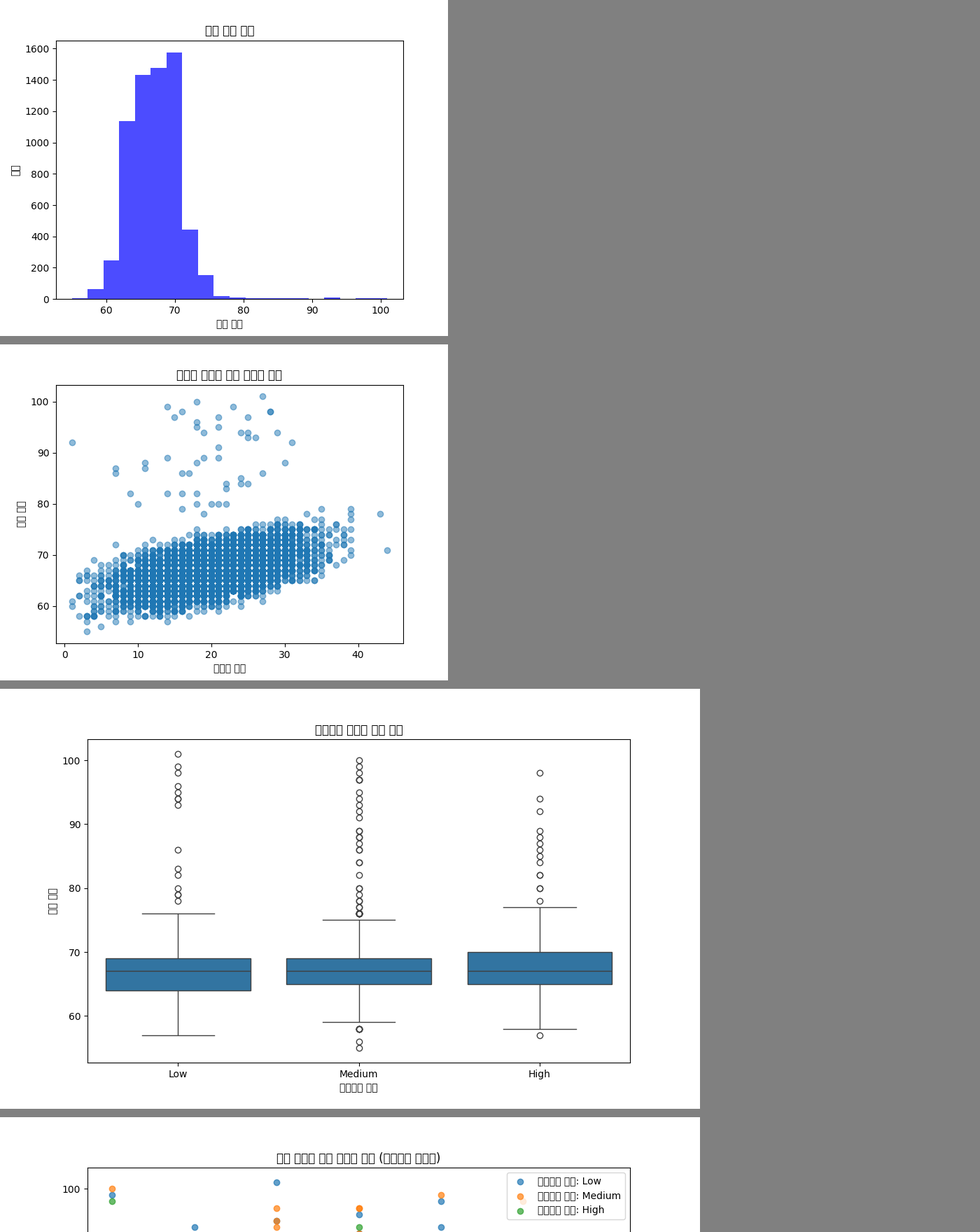
Repository: dldnwls07/BigDataStudy
Script's output: python analyze_data.py
These files come from the project's save history. The script's output is drawn as it stood at one moment and after the next save; the edit follows.
The pictures show rows 0 to 1760 of an output 5244 px tall, at 70% of full size.
Each picture stacks the figures in order, with grey between them; figures that are only written to a file come last. The script is stopped after its 8th figure. Random numbers start from a fixed seed.

Above is the script's output before, as saved 2025-04-25 11:01:39.

### analyze_data.py
import pandas as pd
import matplotlib.pyplot as plt
import matplotlib as mpl
import seaborn as sns

# 한글 폰트 설정 (Windows의 경우)
mpl.rc('font', family='Malgun Gothic')
plt.rcParams['axes.unicode_minus'] = False  # 마이너스 기호 깨짐 방지

# CSV 파일 로드
file_path = "c:\\Users\\feca1\\Desktop\\공부(빅분)\\StudentPerformanceFactors.csv"
data = pd.read_csv(file_path)

# 영어 컬럼명을 한글로 변경하기 위한 딕셔너리
column_mapping = {
    'Hours_Studied': '공부한 시간',
    'Attendance': '학교 출석',
    'Parental_Involvement': '부모의 참여도',
    'Access_to_Resources': '학습 자원에 대한 접근성',
    'Extracurricular_Activities': '방과 후 활동 참여도',
    'Sleep_Hours': '수면 시간',
    'Previous_Scores': '이전 시험 성적',
    'Motivation_Level': '학습의욕 수준',
    'Internet_Access': '인터넷 접근 여부',
    'Tutoring_Sessions': '개인 지도 세션 수',
    'Family_Income': '가정 소득',
    'Teacher_Quality': '교사의 수준',
    'School_Type': '학교 종류',
    'Peer_Influence': '또래의 영향',
    'Physical_Activity': '신체 활동 수준',
    'Learning_Disabilities': '학습 장애 여부',
    'Parental_Education_Level': '부모의 교육 수준',
    'Distance_from_Home': '집에서 학교까지의 거리',
    'Gender': '성별',
    'Exam_Score': '시험 점수'
}

# 원본 데이터 백업
data_original = data.copy()

# 데이터 컬럼명 변경
data = data.rename(columns=column_mapping)

# 데이터의 기본 정보와 첫 몇 줄 출력
print("데이터 기본 정보:")
print(data.info())
print("\n데이터 첫 5줄:")
print(data.head())

# 통계 요약
print("\n통계 요약:")
print(data.describe())

# 결측값 확인
print("\n결측값 확인:")
print(data.isnull().sum())

# 문자열 변수를 숫자로 매핑하는 딕셔너리 정의
motivation_map = {'Low': 0, 'Medium': 1, 'High': 2}
parental_inv_map = {'Low': 0, 'Medium': 1, 'High': 2}
resources_map = {'Low': 0, 'Medium': 1, 'High': 2}
learning_dis_map = {'Yes': 1, 'No': 0}
internet_access_map = {'Yes': 1, 'No': 0}
extracurricular_map = {'Yes': 1, 'No': 0}
income_map = {'Low': 0, 'Medium': 1, 'High': 2}
teacher_map = {'Low': 0, 'Medium': 1, 'High': 2}
school_map = {'Public': 0, 'Private': 1}
peer_map = {'Negative': -1, 'Neutral': 0, 'Positive': 1}
edu_level_map = {'High School': 0, 'College': 1, 'Postgraduate': 2}
distance_map = {'Near': 0, 'Moderate': 1, 'Far': 2}
gender_map = {'Male': 0, 'Female': 1}

# 데이터 전처리: 범주형 변수를 숫자로 변환
data_encoded = data.copy()
data_encoded['학습의욕 수준'] = data['학습의욕 수준'].map(motivation_map)
data_encoded['부모의 참여도'] = data['부모의 참여도'].map(parental_inv_map)
data_encoded['학습 자원에 대한 접근성'] = data['학습 자원에 대한 접근성'].map(resources_map)
data_encoded['학습 장애 여부'] = data['학습 장애 여부'].map(learning_dis_map)
data_encoded['인터넷 접근 여부'] = data['인터넷 접근 여부'].map(internet_access_map)
data_encoded['방과 후 활동 참여도'] = data['방과 후 활동 참여도'].map(extracurricular_map)
data_encoded['가정 소득'] = data['가정 소득'].map(income_map)
data_encoded['교사의 수준'] = data['교사의 수준'].map(teacher_map)
data_encoded['학교 종류'] = data['학교 종류'].map(school_map)
data_encoded['또래의 영향'] = data['또래의 영향'].map(peer_map)
data_encoded['부모의 교육 수준'] = data['부모의 교육 수준'].map(edu_level_map)
data_encoded['집에서 학교까지의 거리'] = data['집에서 학교까지의 거리'].map(distance_map)
data_encoded['성별'] = data['성별'].map(gender_map)

# 상관관계 분석 수정: 인코딩된 데이터 사용
print("\n수정된 상관관계 분석 (범주형 데이터 인코딩 후):")
print(data_encoded.corr())

# 특정 열의 분포 시각화 (예: 시험 점수)
plt.hist(data['시험 점수'], bins=20, color='blue', alpha=0.7)
plt.title('시험 점수 분포')
plt.xlabel('시험 점수')
plt.ylabel('빈도')
plt.show()

# 공부한 시간과 시험 점수 간의 관계 분석
plt.scatter(data['공부한 시간'], data['시험 점수'], alpha=0.5)
plt.title('공부한 시간과 시험 점수의 관계')
plt.xlabel('공부한 시간')
plt.ylabel('시험 점수')
plt.show()

# 학생의 성적과 스트레스 간의 상관관계 분석
if '스트레스 수준' in data.columns:
    print("\n성적과 스트레스 상관관계:")
    print(data[['시험 점수', '스트레스 수준']].corr())
else:
    print("\n'스트레스 수준' 열이 데이터에 없습니다.")

# 시험 성적과 스트레스 간접 요인 상관 분석 (인코딩된 데이터 사용)
stress_factors = ['수면 시간', '공부한 시간', '학습의욕 수준', '학습 장애 여부']
print("\n시험 성적과 스트레스 간접 요인 상관 분석:")
print(data_encoded[stress_factors + ['시험 점수']].corr())

# 그룹별 비교 (인코딩 전 원본 데이터 사용)
# 동기 수준이 낮을수록 성적이 낮은지 확인
low_motivation = data[data['학습의욕 수준'] == 'Low']
medium_motivation = data[data['학습의욕 수준'] == 'Medium']
high_motivation = data[data['학습의욕 수준'] == 'High']

print("\n동기 수준별 평균 성적:")
print("낮은 동기 그룹 평균 성적:", low_motivation['시험 점수'].mean())
print("중간 동기 그룹 평균 성적:", medium_motivation['시험 점수'].mean())
print("높은 동기 그룹 평균 성적:", high_motivation['시험 점수'].mean())

# 부모 참여도에 따른 성적 비교
low_parental = data[data['부모의 참여도'] == 'Low']
medium_parental = data[data['부모의 참여도'] == 'Medium']
high_parental = data[data['부모의 참여도'] == 'High']

print("\n부모 참여도별 평균 성적:")
print("낮은 부모 참여 그룹 평균 성적:", low_parental['시험 점수'].mean())
print("중간 부모 참여 그룹 평균 성적:", medium_parental['시험 점수'].mean())
print("높은 부모 참여 그룹 평균 성적:", high_parental['시험 점수'].mean())

# 학습의욕 수준별 시험 점수 박스플롯
plt.figure(figsize=(10, 6))
sns.boxplot(x='학습의욕 수준', y='시험 점수', data=data, order=['Low', 'Medium', 'High'])
plt.title('학습의욕 수준별 시험 점수')
plt.xlabel('학습의욕 수준')
plt.ylabel('시험 점수')
plt.savefig('학습의욕_수준별_시험점수_박스플롯.png')
plt.show()

# 수면 시간과 시험 점수 산점도 (색상을 학습의욕 수준으로 구분)
plt.figure(figsize=(10, 6))
for level in ['Low', 'Medium', 'High']:
    subset = data[data['학습의욕 수준'] == level]
    plt.scatter(subset['수면 시간'], subset['시험 점수'],
                alpha=0.7, label=f'학습의욕 수준: {level}')
plt.title('수면 시간과 시험 점수의 관계 (학습의욕 수준별)')
plt.xlabel('수면 시간')
plt.ylabel('시험 점수')
plt.legend()
plt.savefig('수면시간_시험점수_산점도.png')
plt.show()

# 상관 행렬 히트맵 (인코딩된 데이터 사용)
plt.figure(figsize=(14, 12))
corr_matrix = data_encoded.corr()
sns.heatmap(corr_matrix, annot=True, cmap='coolwarm', fmt='.2f', linewidths=0.5)
plt.title('상관 관계 히트맵')
plt.tight_layout()
plt.savefig('상관관계_히트맵.png')
plt.show()

# 공부한 시간과 시험 점수 간의 산점도 (추가 시각화)
plt.figure(figsize=(10, 6))
sns.scatterplot(x='공부한 시간', y='시험 점수', hue='학습의욕 수준',
                data=data, palette='viridis', s=100, alpha=0.7)
plt.title('공부한 시간과 시험 점수의 관계 (학습의욕 수준별)')
plt.xlabel('공부한 시간')
plt.ylabel('시험 점수')
plt.savefig('공부시간_시험점수_학습의욕수준_산점도.png')
plt.show()

# AI 기반 진로 유형 분류 모델 생성
from sklearn.model_selection import train_test_split
from sklearn.ensemble import RandomForestClassifier
from sklearn.metrics import classification_report

if '진로 유형' in data.columns:
    # 데이터 전처리
    features = data[['공부한 시간', '학습의욕 수준', '이전 시험 성적']]  # 주요 특징 선택
    labels = data['진로 유형']
    features = pd.get_dummies(features, drop_first=True)  # 범주형 데이터 인코딩

    # 데이터 분할
    X_train, X_test, y_train, y_test = train_test_split(features, labels, test_size=0.2, random_state=42)

    # 모델 학습
    model = RandomForestClassifier(random_state=42)
    model.fit(X_train, y_train)

    # 예측 및 평가
    y_pred = model.predict(X_test)
    print("\n진로 유형 분류 모델 평가:")
    print(classification_report(y_test, y_pred))
else:
    print("\n'진로 유형' 열이 데이터에 없습니다.")

# 분석에 사용할 모든 컬럼
analysis_columns = list(column_mapping.values())  # 중복 제거

# 각 변수와 시험 점수 간의 관계 시각화
for column in analysis_columns[:-1]:  # '시험 점수' 제외
    plt.figure(figsize=(8, 6))
    if data[column].dtype == 'object':  # 범주형 데이터
        data.groupby(column)['시험 점수'].mean().plot(kind='bar', color='skyblue')
        plt.title(f'{column}에 따른 시험 점수 평균')
        plt.ylabel('시험 점수 평균')
        plt.xlabel(column)
    else:  # 연속형 데이터
        plt.scatter(data[column], data['시험 점수'], alpha=0.5, color='skyblue')
        plt.title(f'{column}와 시험 점수의 관계')
        plt.ylabel('시험 점수')
        plt.xlabel(column)
    plt.xticks(rotation=45)
    plt.tight_layout()
    plt.show()

Loaded but not shown: data/original_data/StudentPerformanceFactors.csv (common file)

After the next save:
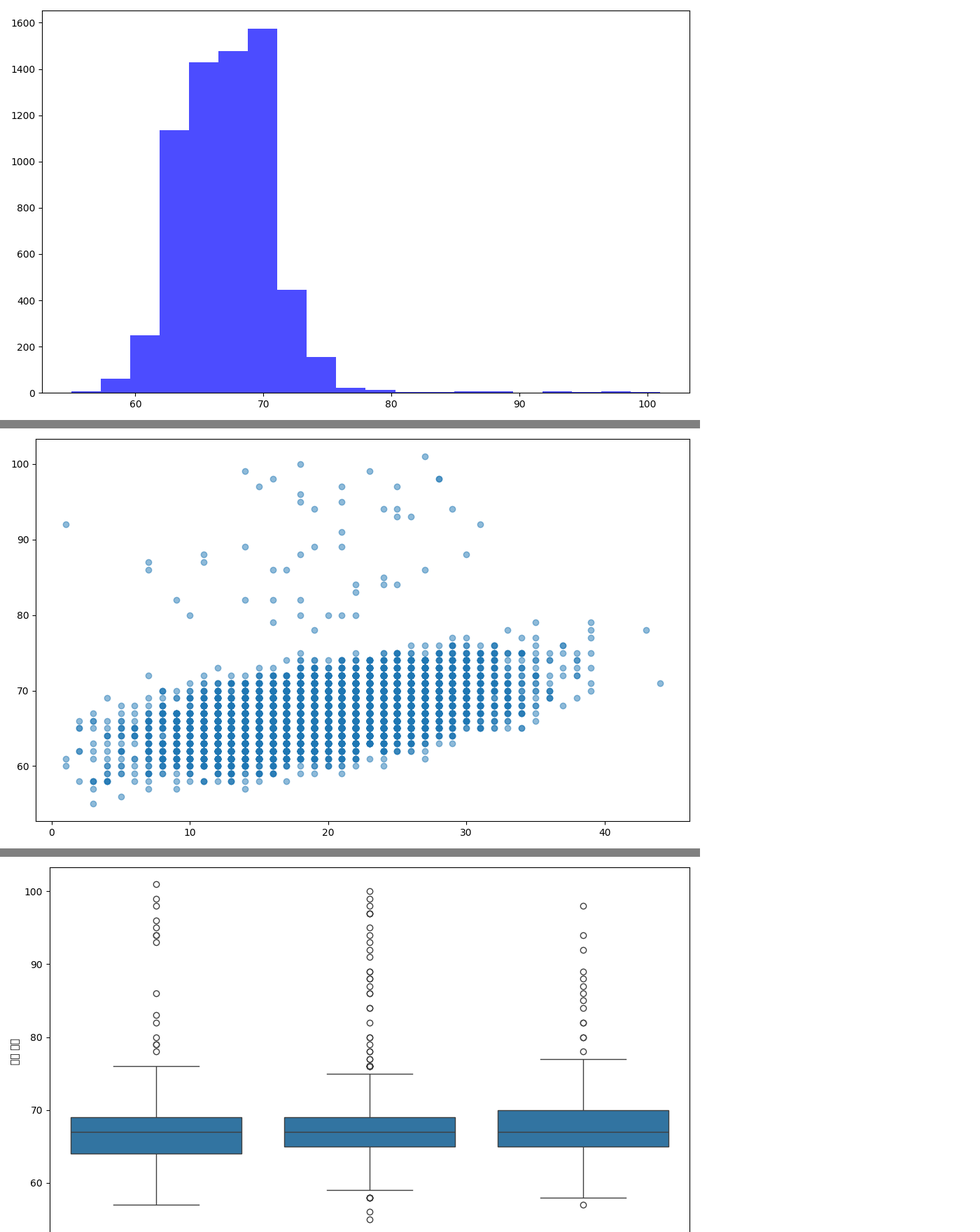
Saved 2 min 29 s later.
--- a/analyze_data.py
+++ b/analyze_data.py
@@ -90,19 +90,25 @@ data_encoded['성별'] = data['성별'].map(gender_map)
 print("\n수정된 상관관계 분석 (범주형 데이터 인코딩 후):")
 print(data_encoded.corr())
 
+# 시각화와 저장을 처리하는 함수
+def save_plot(plot_func, filename, *args, **kwargs):
+    plt.figure(figsize=(10, 6))
+    plot_func(*args, **kwargs)
+    plt.tight_layout()
+    plt.savefig(filename)
+    plt.close()  # 플롯을 닫아 메모리 사용을 줄임
+
 # 특정 열의 분포 시각화 (예: 시험 점수)
-plt.hist(data['시험 점수'], bins=20, color='blue', alpha=0.7)
+save_plot(plt.hist, '시험점수_분포.png', data['시험 점수'], bins=20, color='blue', alpha=0.7)
 plt.title('시험 점수 분포')
 plt.xlabel('시험 점수')
 plt.ylabel('빈도')
-plt.show()
 
 # 공부한 시간과 시험 점수 간의 관계 분석
-plt.scatter(data['공부한 시간'], data['시험 점수'], alpha=0.5)
+save_plot(plt.scatter, '공부시간_시험점수_관계.png', data['공부한 시간'], data['시험 점수'], alpha=0.5)
 plt.title('공부한 시간과 시험 점수의 관계')
 plt.xlabel('공부한 시간')
 plt.ylabel('시험 점수')
-plt.show()
 
 # 학생의 성적과 스트레스 간의 상관관계 분석
 if '스트레스 수준' in data.columns:
@@ -138,45 +144,47 @@ print("중간 부모 참여 그룹 평균 성적:", medium_parental['시험 점
 print("높은 부모 참여 그룹 평균 성적:", high_parental['시험 점수'].mean())
 
 # 학습의욕 수준별 시험 점수 박스플롯
-plt.figure(figsize=(10, 6))
-sns.boxplot(x='학습의욕 수준', y='시험 점수', data=data, order=['Low', 'Medium', 'High'])
+save_plot(sns.boxplot, '학습의욕_수준별_시험점수_박스플롯.png', x='학습의욕 수준', y='시험 점수', data=data, order=['Low', 'Medium', 'High'])
 plt.title('학습의욕 수준별 시험 점수')
 plt.xlabel('학습의욕 수준')
 plt.ylabel('시험 점수')
-plt.savefig('학습의욕_수준별_시험점수_박스플롯.png')
-plt.show()
 
 # 수면 시간과 시험 점수 산점도 (색상을 학습의욕 수준으로 구분)
-plt.figure(figsize=(10, 6))
 for level in ['Low', 'Medium', 'High']:
     subset = data[data['학습의욕 수준'] == level]
-    plt.scatter(subset['수면 시간'], subset['시험 점수'],
-                alpha=0.7, label=f'학습의욕 수준: {level}')
+    save_plot(plt.scatter, f'수면시간_시험점수_{level}.png', subset['수면 시간'], subset['시험 점수'], alpha=0.7, label=f'학습의욕 수준: {level}')
 plt.title('수면 시간과 시험 점수의 관계 (학습의욕 수준별)')
 plt.xlabel('수면 시간')
 plt.ylabel('시험 점수')
 plt.legend()
-plt.savefig('수면시간_시험점수_산점도.png')
-plt.show()
 
 # 상관 행렬 히트맵 (인코딩된 데이터 사용)
-plt.figure(figsize=(14, 12))
-corr_matrix = data_encoded.corr()
-sns.heatmap(corr_matrix, annot=True, cmap='coolwarm', fmt='.2f', linewidths=0.5)
+save_plot(sns.heatmap, '상관관계_히트맵.png', data_encoded.corr(), annot=True, cmap='coolwarm', fmt='.2f', linewidths=0.5)
 plt.title('상관 관계 히트맵')
-plt.tight_layout()
-plt.savefig('상관관계_히트맵.png')
-plt.show()
 
 # 공부한 시간과 시험 점수 간의 산점도 (추가 시각화)
-plt.figure(figsize=(10, 6))
-sns.scatterplot(x='공부한 시간', y='시험 점수', hue='학습의욕 수준',
-                data=data, palette='viridis', s=100, alpha=0.7)
+save_plot(sns.scatterplot, '공부시간_시험점수_학습의욕수준별_산점도.png', x='공부한 시간', y='시험 점수', hue='학습의욕 수준', data=data, palette='viridis', s=100, alpha=0.7)
 plt.title('공부한 시간과 시험 점수의 관계 (학습의욕 수준별)')
 plt.xlabel('공부한 시간')
 plt.ylabel('시험 점수')
-plt.savefig('공부시간_시험점수_학습의욕수준_산점도.png')
-plt.show()
+
+# 변수와 시험 점수 간의 관계 시각화 함수
+def visualize_and_save_relationship(data, columns, target_column='시험 점수'):
+    for column in columns:
+        if data[column].dtype == 'object':  # 범주형 데이터
+            save_plot(data.groupby(column)[target_column].mean().plot, f'{column}_시험점수_평균.png', kind='bar', color='skyblue')
+            plt.title(f'{column}에 따른 {target_column} 평균')
+            plt.ylabel(f'{target_column} 평균')
+            plt.xlabel(column)
+        else:  # 연속형 데이터
+            save_plot(plt.scatter, f'{column}_시험점수_관계.png', data[column], data[target_column], alpha=0.5, color='skyblue')
+            plt.title(f'{column}와 {target_column}의 관계')
+            plt.ylabel(target_column)
+            plt.xlabel(column)
+
+# 변수와 시험 점수 간의 관계 시각화 실행
+analysis_columns = list(column_mapping.values())[:-1]  # '시험 점수' 제외
+visualize_and_save_relationship(data, analysis_columns)
 
 # AI 기반 진로 유형 분류 모델 생성
 from sklearn.model_selection import train_test_split
@@ -202,23 +210,3 @@ if '진로 유형' in data.columns:
     print(classification_report(y_test, y_pred))
 else:
     print("\n'진로 유형' 열이 데이터에 없습니다.")
-
-# 분석에 사용할 모든 컬럼
-analysis_columns = list(column_mapping.values())  # 중복 제거
-
-# 각 변수와 시험 점수 간의 관계 시각화
-for column in analysis_columns[:-1]:  # '시험 점수' 제외
-    plt.figure(figsize=(8, 6))
-    if data[column].dtype == 'object':  # 범주형 데이터
-        data.groupby(column)['시험 점수'].mean().plot(kind='bar', color='skyblue')
-        plt.title(f'{column}에 따른 시험 점수 평균')
-        plt.ylabel('시험 점수 평균')
-        plt.xlabel(column)
-    else:  # 연속형 데이터
-        plt.scatter(data[column], data['시험 점수'], alpha=0.5, color='skyblue')
-        plt.title(f'{column}와 시험 점수의 관계')
-        plt.ylabel('시험 점수')
-        plt.xlabel(column)
-    plt.xticks(rotation=45)
-    plt.tight_layout()
-    plt.show()
